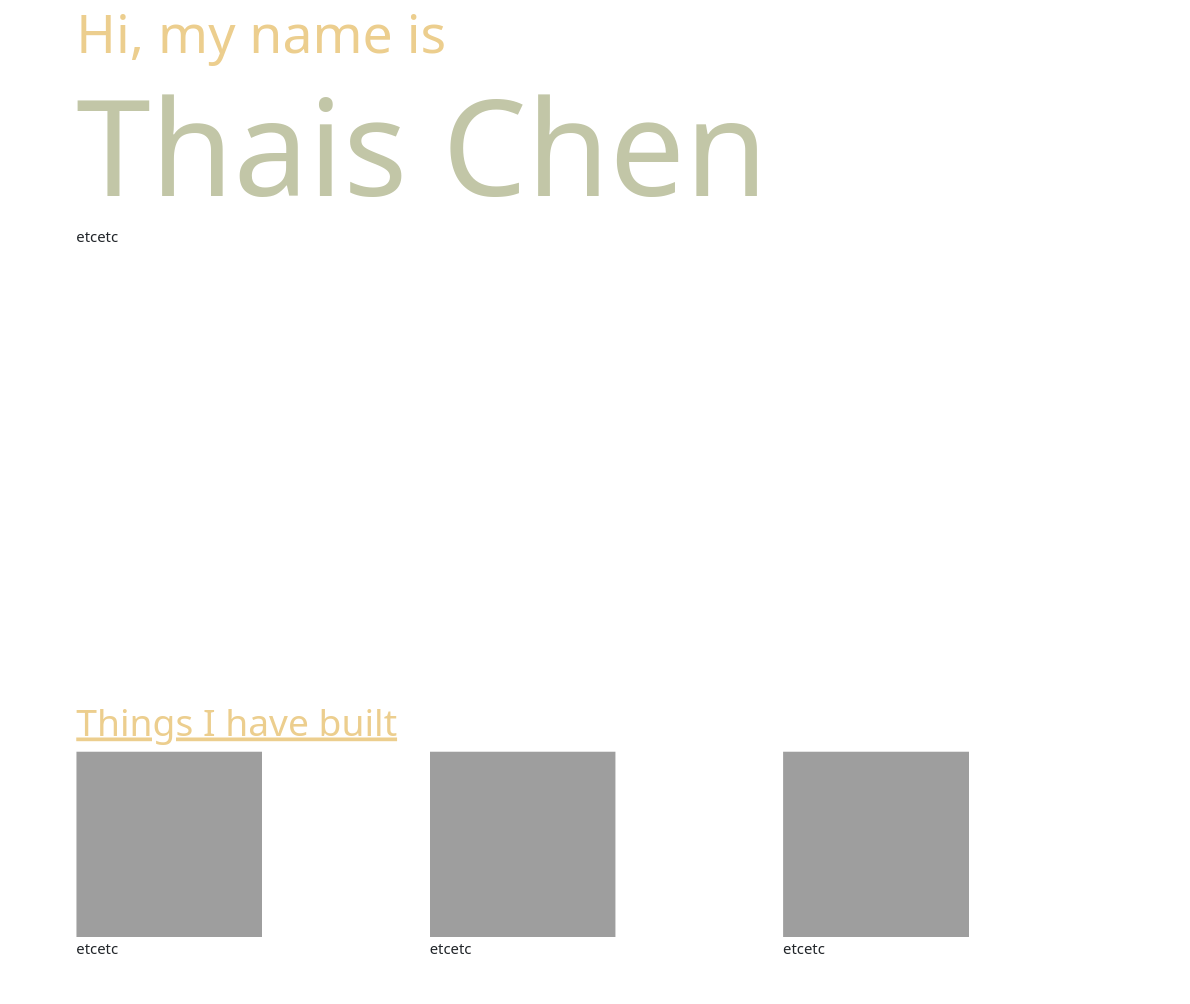
Repository: thais-chen/Portfolio
Page: index.html
These files come from the project's save history. The page is drawn as it stood at one moment and after the next save; the edit follows.
The browser window is 1280 px wide. The pictures show the whole page, at 93% of full size.
Pictures or frames that could not be fetched are drawn as grey boxes.

Above is the page before, as saved 2022-06-17 19:23:49.

### index.html
<!DOCTYPE html>
<html lang="en">
  <head>
    <meta charset="UTF-8">
    <meta name="viewport" content="width=device-width, initial-scale=1.0">
    <meta http-equiv="X-UA-Compatible" content="ie=edge">
    <title>Thais Chen</title>
    <!-- CSS only -->
<link href="https://cdn.jsdelivr.net/npm/bootstrap@5.2.0-beta1/dist/css/bootstrap.min.css" rel="stylesheet"
    integrity="sha384-0evHe/X+R7YkIZDRvuzKMRqM+OrBnVFBL6DOitfPri4tjfHxaWutUpFmBp4vmVor" crossorigin="anonymous">
<link rel="stylesheet" href="./style.css">
  </head>
  <body>
  <!--   <header>
        <nav class="navbar">
            <ul>
                <li class="nav-icon"><a href="#contact" > Contact</a></li>
                <li><a href="#about"> About</a> </li>
                <li><a href="#projects"> Projects</a></li>
                <li style="float:left"><a href="#"> Homepage </a> </li>
            </ul>
        </nav>
    </header> -->
    <main>
        <div class="container">
        <section id="intro" class="row">
            <div class="col">
                <h3>Hi, my name is </h3>
                <h1>Thais Chen</h1>
                <p>etcetc</p>
            </div>

        </section>
        <section id="projects" class="row">
            <h3> Things I have built </h3>


                    <div class="col">
                        <img src="https://picsum.photos/200">
                        <p>
                            etcetc
                        </p>

                    </div>
                    <div class="col">
                        <img src="https://picsum.photos/200">
                        <p>
                            etcetc
                        </p>
                    </div>
                    <div class="col">
                        <img src="https://picsum.photos/200">
                        <p>
                            etcetc
                        </p>
                    </div>


        </section>
        <section id="about">

        </section>
        <section id="contact">

        </section>
    </div>
    </main>
    <!-- JavaScript Bundle with Popper -->
    <script src="https://cdn.jsdelivr.net/npm/bootstrap@5.2.0-beta1/dist/js/bootstrap.bundle.min.js" integrity="sha384-pprn3073KE6tl6bjs2QrFaJGz5/SUsLqktiwsUTF55Jfv3qYSDhgCecCxMW52nD2" crossorigin="anonymous"></script>
	<script src="script.js"></script>
  </body>
</html>

### style.css
section{
    margin: 2rem;
}
/*navbar*/
.navbar{
    display: block;
}
.navbar ul {
    list-style: none;
    padding: 0;
    margin: 0;
  }
  .navbar li {
    float: right;
  }
  .navbar li a {
    display: inline-block;
    text-align: center;
    color: #C2C6A7;
    padding: 14px 16px;
    font-size: larger;

}
/* introduction*/
#intro{
    min-height: 100vh;
}
#intro h3{
    color: #ECCE8E;
    font-size: 8vh;
    margin-bottom: 0;
    font-weight: 100;
}
#intro h1{
    color: #C2C6A7;
    font-size: 20vh;
    margin: 0;
}
/* projects */
#projects{

}
#projects h3{
    color:#ECCE8E;
    font-size: 2.5rem;
    text-decoration: underline;


}

Loaded but not shown: script.js (no copy from this time; the picture is the same without it)

After the next save:
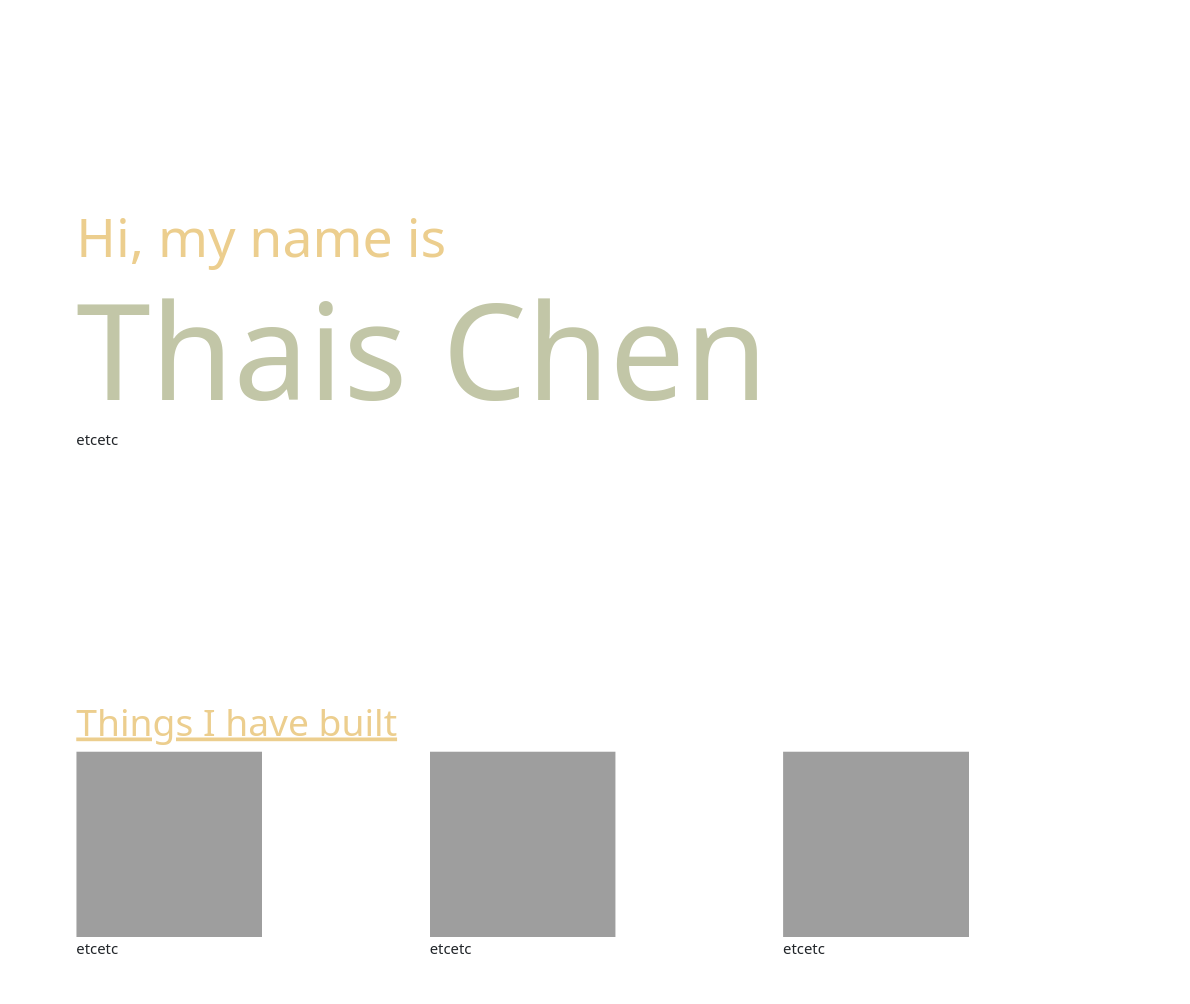
Saved 2 min 3 s later.
--- a/index.html
+++ b/index.html
@@ -23,7 +23,7 @@
     </header> -->
     <main>
         <div class="container">
-        <section id="intro" class="row">
+        <section id="intro" class="row align-items-center">
             <div class="col">
                 <h3>Hi, my name is </h3>
                 <h1>Thais Chen</h1>
